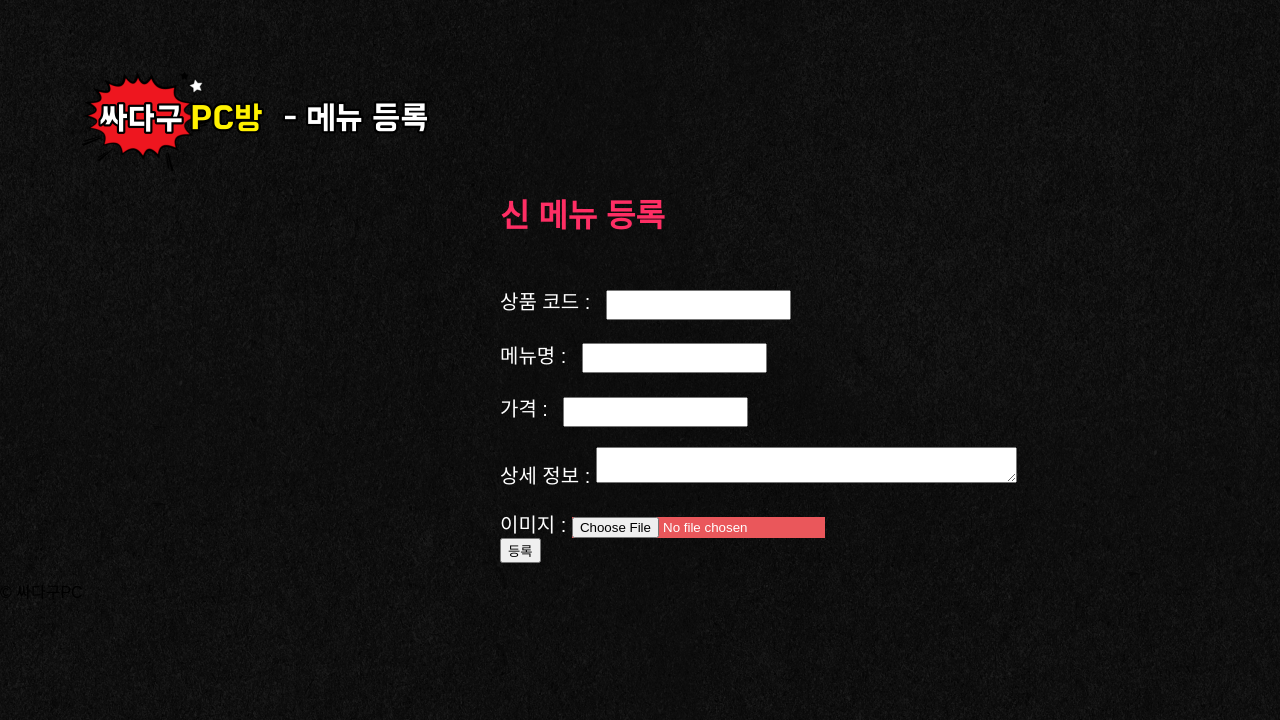
Repository: lkwoung/webProject-assignment
Page: http://localhost/CheapPC/addMenu.jsp
An editor plug-in stored every save of this project. The page is shown before and after the next save, followed by the edit.
The browser window is 1280 px wide. The pictures show the whole page.
Some web fonts or font styles are not loaded; a fallback is used. The page is served by Tomcat 9.

Above is the page before, as saved 2020-12-13 15:21:34.

After the next save:
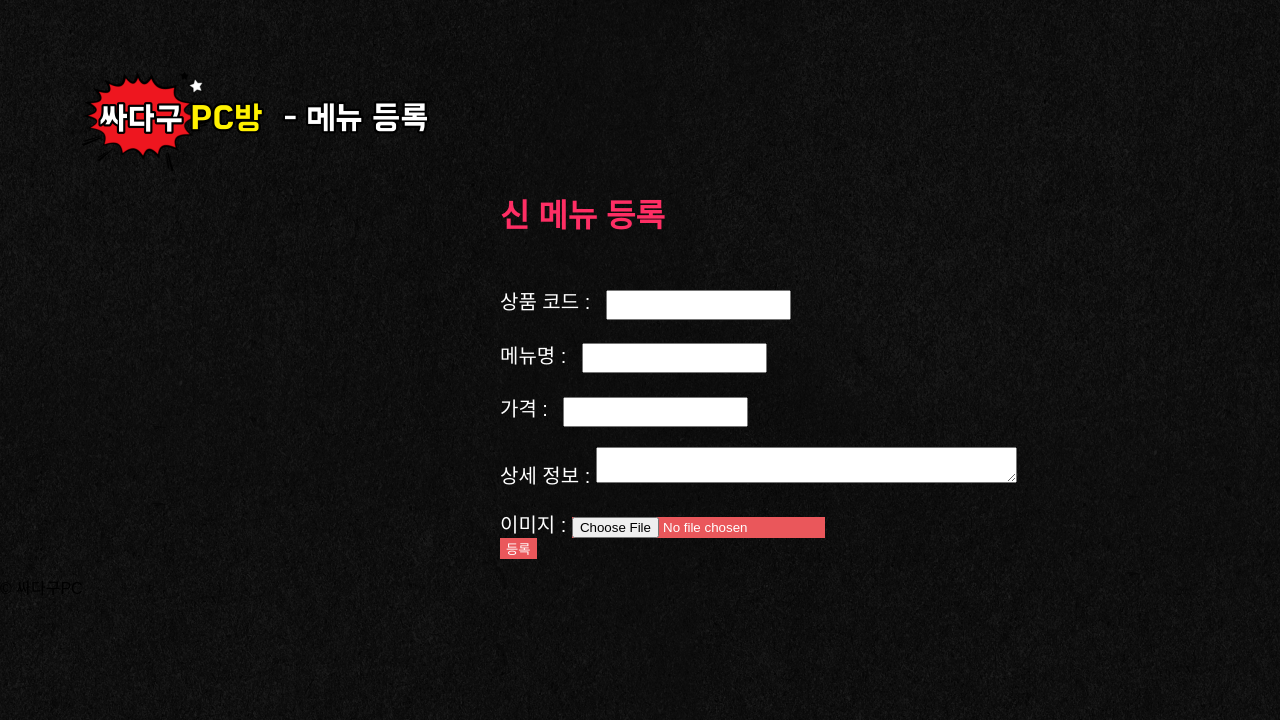
Saved 2 min 36 s later.
--- a/CheapPC/WebContent/addMenu.jsp
+++ b/CheapPC/WebContent/addMenu.jsp
@@ -35,13 +35,13 @@
 	<div style="color:#fff; font-size:20px;" >
 		<label >이미지 : </label>
 
-			<input type = "file" style="background:#EA575B; color:#fff; border:none; font-family:'Hanna', sans-serif;name = "productImage" class="form-control">
+			<input type = "file" style="background:#EA575B; color:#fff;border:none; font-family:'Hanna', sans-serif;" name="productImage" class="form-control">
 	</div>
 
 
-	<div class="form-group row">
-		<div class = "col-sm-offset-2 col-sm-10">
-			<input type="submit" name="btn btn-primary" value="등록">
+	<div >
+		<div >
+			<input type="submit" style="background:#EA575B; color:#fff;border:none; font-family:'Hanna', sans-serif;" name="btn btn-primary" value="등록">
 		</div>
 	</div>
 
